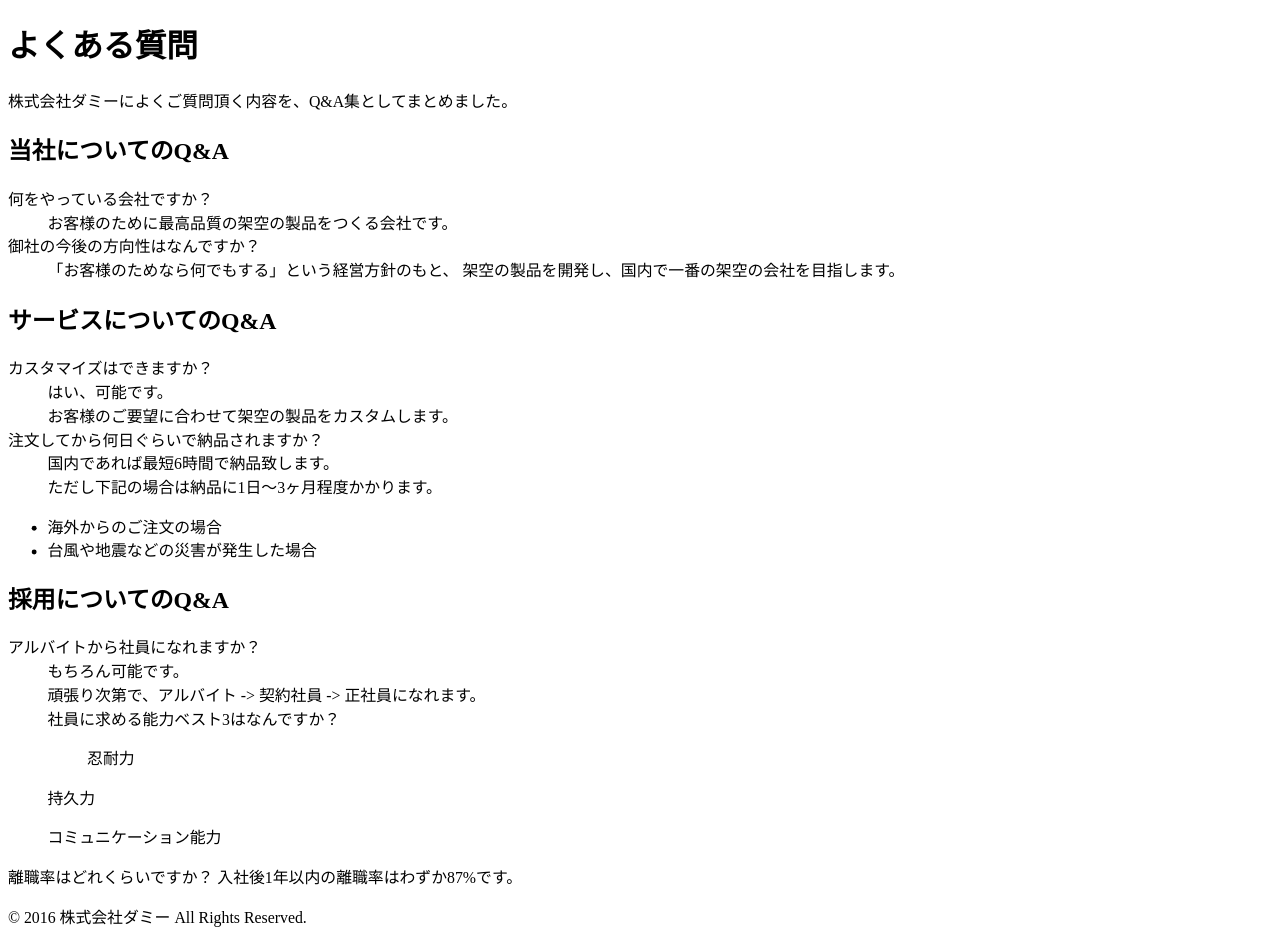
Repository: winc1980/practice-hp2022-wednesday
Page: ruka/practice1.html
These files come from the project's save history. The page is drawn as it stood at one moment and after a run of saves; the edit follows.
The browser window is 1280 px wide. The pictures show the whole page, at 99% of full size.

Above is the page before, as saved 2022-05-26 00:28:13.

### ruka/practice1.html
<!DOCTYPE html>
<html lang="ja">
<head>
    <meta charset="UTF-8">
    <meta http-equiv="X-UA-Compatible" content="IE=edge">
    <meta name="viewport" content="width=device-width, initial-scale=1.0">
    <title>よくある質問 | 架空の株式会社ダミー</title>
</head>
<body>
    <h1>よくある質問</h1>

<p>
株式会社ダミーによくご質問頂く内容を、Q&A集としてまとめました。
</p>

<h2>当社についてのQ&A</h2>


何をやっている会社ですか？
<dd>
お客様のために最高品質の架空の製品をつくる会社です。
</dd>

御社の今後の方向性はなんですか？
<dd>
「<span>お客様のためなら何でもする</span>」という経営方針のもと、
架空の製品を開発し、<span font-weight="400">国内で一番の架空の会社を目指します。</span>
</dd>


<h2>サービスについてのQ&A</h2>

カスタマイズはできますか？
<dd>
はい、可能です。<br>
お客様のご要望に合わせて架空の製品をカスタムします。
</dd>

注文してから何日ぐらいで納品されますか？
<dd>
国内であれば最短6時間で納品致します。<br>
ただし下記の場合は納品に1日〜3ヶ月程度かかります。
</dd>
<ul>
<li>
海外からのご注文の場合
</li>
<li>
台風や地震などの災害が発生した場合
</li>
</ul>
<h2>採用についてのQ&A</h2>

アルバイトから社員になれますか？
<dd>
もちろん可能です。<br>
頑張り次第で、アルバイト -> 契約社員 -> 正社員になれます。
<dd>
社員に求める能力ベスト3はなんですか？

<ol>忍耐力</ol>
<dl>持久力</dl>
<dl>コミュニケーション能力</dl>
</dd>


離職率はどれくらいですか？
入社後1年以内の離職率は<span>わずか</span>87%です。
<p>
© 2016 株式会社ダミー All Rights Reserved.
</p>
</body>
</html>

After the next 2 saves:
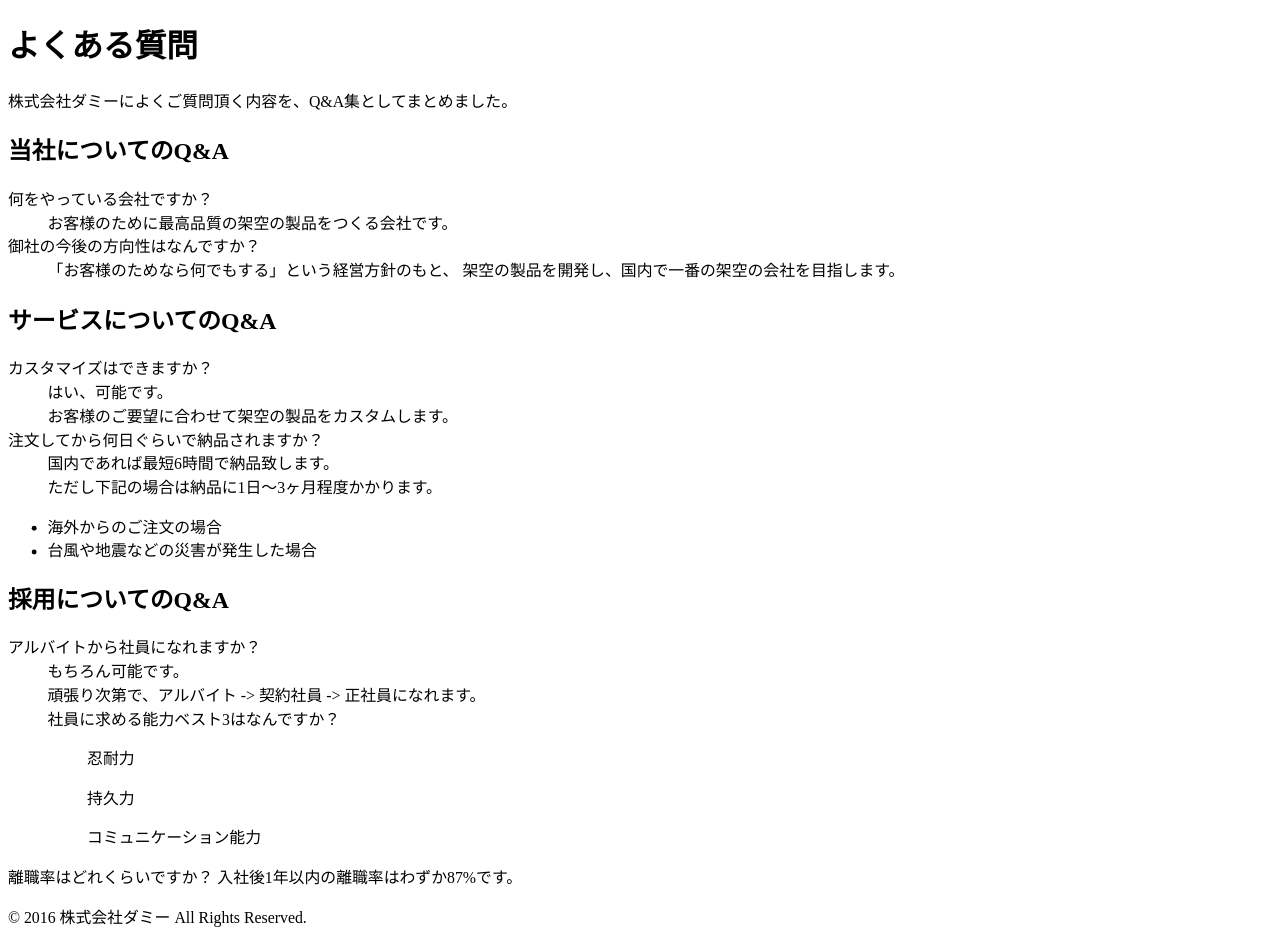
The 2 saves are shown as one change because they came seconds apart.
The last was saved 6 s later.
--- a/ruka/practice1.html
+++ b/ruka/practice1.html
@@ -59,8 +59,8 @@
 社員に求める能力ベスト3はなんですか？
 
 <ol>忍耐力</ol>
-<dl>持久力</dl>
-<dl>コミュニケーション能力</dl>
+<ol>持久力</ol>
+<ol>コミュニケーション能力</ol>
 </dd>
 
 
